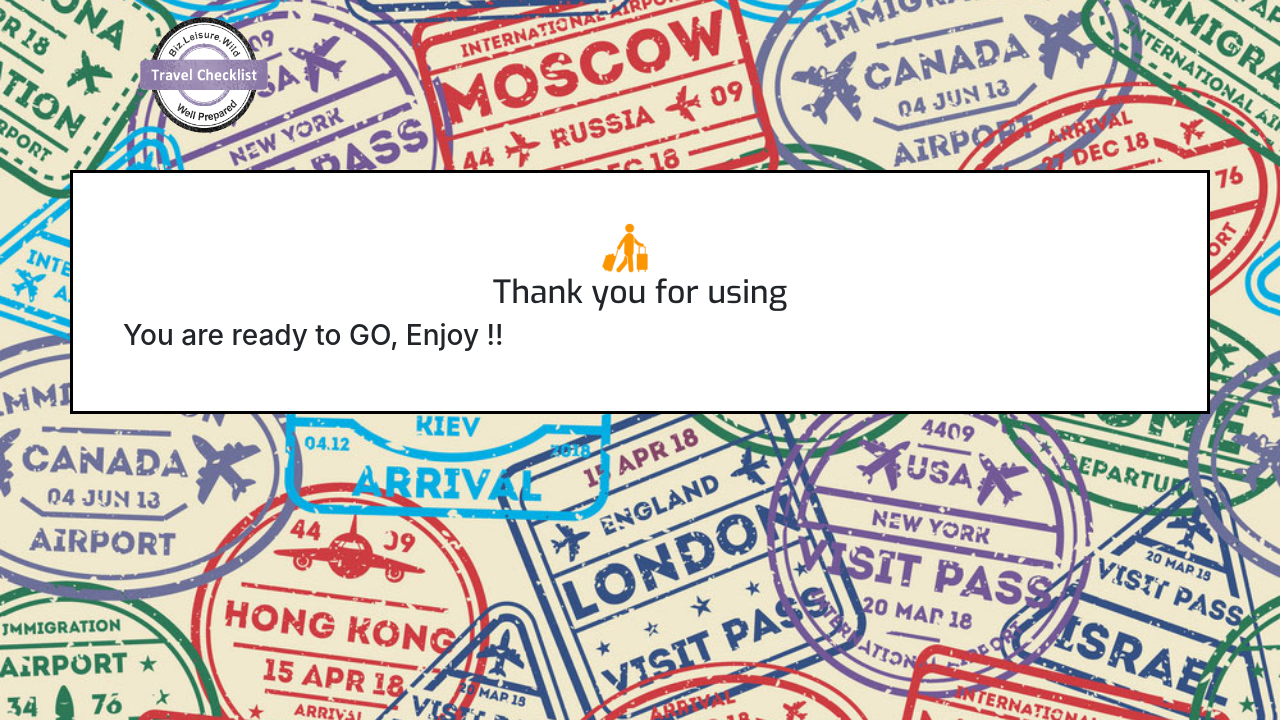
Repository: Code-Institute-Submissions/travelChecklist
Page: donepage.html
The author's editor kept a record of every edit. The page is drawn from the files as they stood at one moment, then again after the next edit.
The browser window is 1280 px wide. The pictures show the whole page.

Above is the page before.

After the next edit:
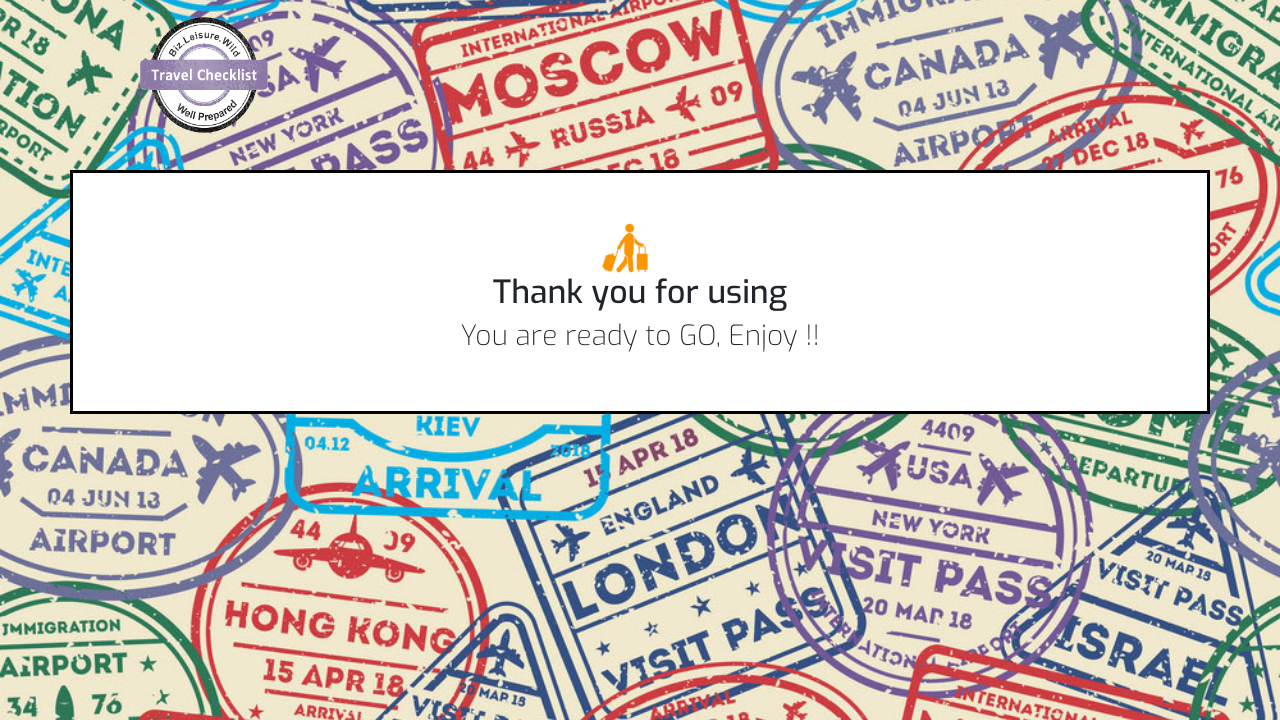
The edit:
--- a/asset/css/style.css
+++ b/asset/css/style.css
@@ -176,7 +176,7 @@
   float: left;
 }
 
-.h3 {
+h3 {
   text-align: center;
   font-family: "Exo", sans-serif;
   font-weight: 250;
